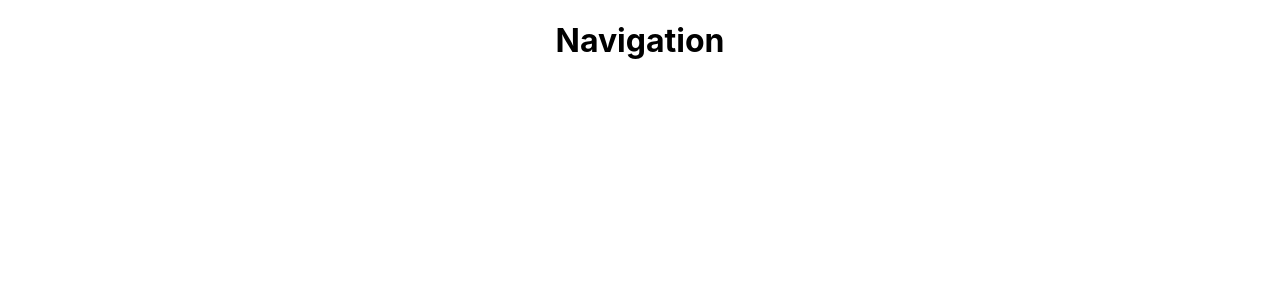
Repository: Prafullkuma/labsdata
Page: /signup
An editor plug-in stored every save of this project. The page is shown before and after a run of saves, followed by the edit.
The browser window is 1280 px wide. The pictures show the whole page.
The project was rebuilt for these pictures with package versions that can differ from the ones it lists, and the page was loaded fresh each time. Also part of the build but not shown: src/Component/Admin.js, src/Component/Main.js, src/Auth/Login.js. Imported but missing from the stored project, and not drawn on this page: src/Auth/Logout.

Above is the page before, as saved 2020-08-24 19:39:37.

### src/App.js
import React from 'react';
import './App.css';
import Nav from './Component/Nav'
import Admin from './Component/Admin'
import Main from './Component/Main'
import Login from './Auth/Login'
import Signup from './Auth/Signup'
import { BrowserRouter as Router, Route } from 'react-router-dom'
function App() {
  return (
    <div className="App">
      <Router>
        <Nav />
        <Route path="/login" component={Login} />
        <Route path="/admin" component={Admin} />
        <Route exact path="/" component={Main} />
      </Router>
    </div>
  );
}

export default App;

### src/Component/Nav.js
import React from 'react'

function Nav() {
    return (
        <div>
            <h1>Navigation</h1>
        </div>
    )
}

export default Nav

### src/Auth/Signup.js
import React from 'react'

function Signup() {
    return (
        <div>
            <h1>Registeration</h1>
        </div>
    )
}

export default Signup

Loaded but not shown: public/index.html (common file); src/index.js (common file); src/index.css (common file); src/serviceWorker.js (common file); src/App.css (common file)

After the next 2 saves:
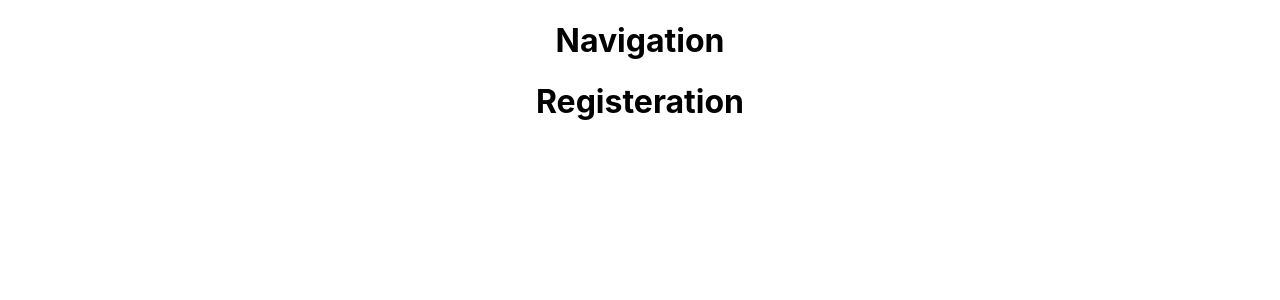
The 2 saves are shown as one change because 1 did not build or start.
The last was saved 70 s later.
--- a/src/App.js
+++ b/src/App.js
@@ -5,12 +5,15 @@ import Admin from './Component/Admin'
 import Main from './Component/Main'
 import Login from './Auth/Login'
 import Signup from './Auth/Signup'
+import Logout from './Auth/Logout'
 import { BrowserRouter as Router, Route } from 'react-router-dom'
 function App() {
   return (
     <div className="App">
       <Router>
         <Nav />
+        <Route path="/Logiout" component={Logout} />
+        <Route path="/signup" component={Signup} />
         <Route path="/login" component={Login} />
         <Route path="/admin" component={Admin} />
         <Route exact path="/" component={Main} />
